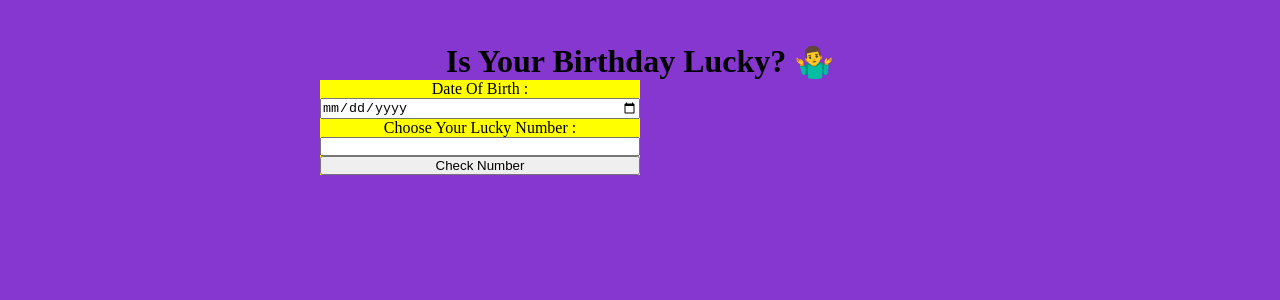
Repository: patelamancode/Lucky-Birthday-App
Page: index.html
These files come from the project's save history. The page is drawn as it stood at one moment and after the next save; the edit follows.
The browser window is 1280 px wide. The pictures show the whole page.

Above is the page before, as saved 2022-11-21 16:53:49.

After the next save:
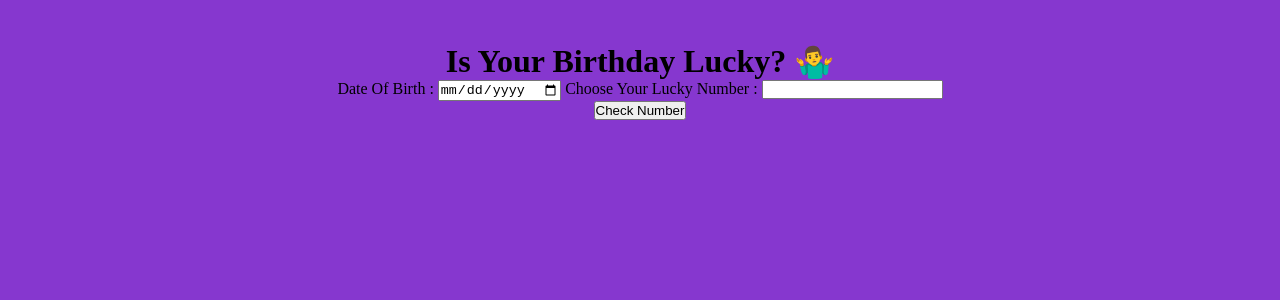
Saved 63 s later.
--- a/index.css
+++ b/index.css
@@ -15,10 +15,3 @@
     padding: 10px;
     text-align: center;
  }
- .content{
-    background-color: yellow;
-    width: 50%;
-    text-align: center;
-    display: flex;
-    flex-direction: column;
- }
